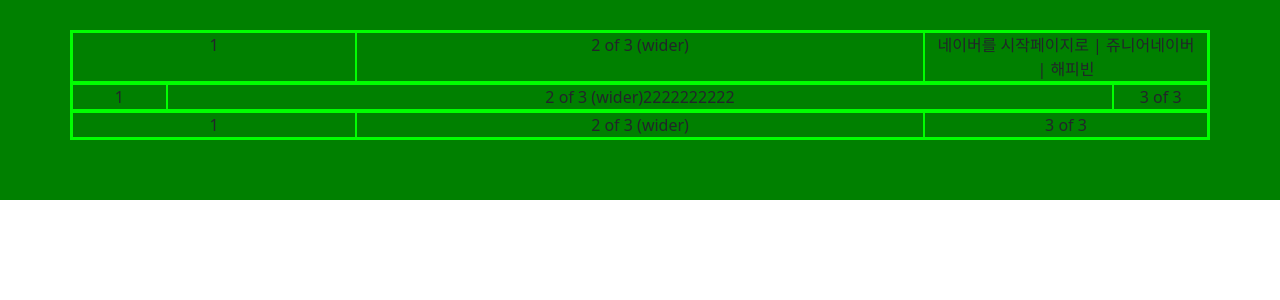
Repository: golddrone7/front
Page: http://localhost/project03/naver/index.jsp
An editor plug-in stored every save of this project. The page is shown before and after the next save, followed by the edit.
The browser window is 1280 px wide. The pictures show the whole page.
The page is served by Tomcat 9.

Above is the page before, as saved 2023-02-28 07:00:53.

After the next save:
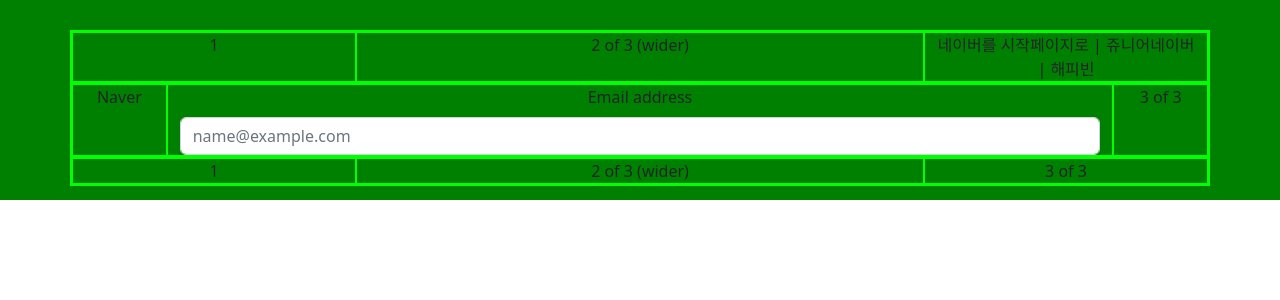
Saved 74 s later.
--- a/project03/naver/index.jsp
+++ b/project03/naver/index.jsp
@@ -39,10 +39,11 @@
   </div>
     <div class="row">
     <div class="col">
-      1
+      Naver
     </div>
     <div class="col-10">
-      2 of 3 (wider)2222222222
+       <label for="exampleFormControlInput1" class="form-label">Email address</label>
+ 	   <input type="email" class="form-control" id="exampleFormControlInput1" placeholder="name@example.com">
     </div>
     <div class="col">
       3 of 3
